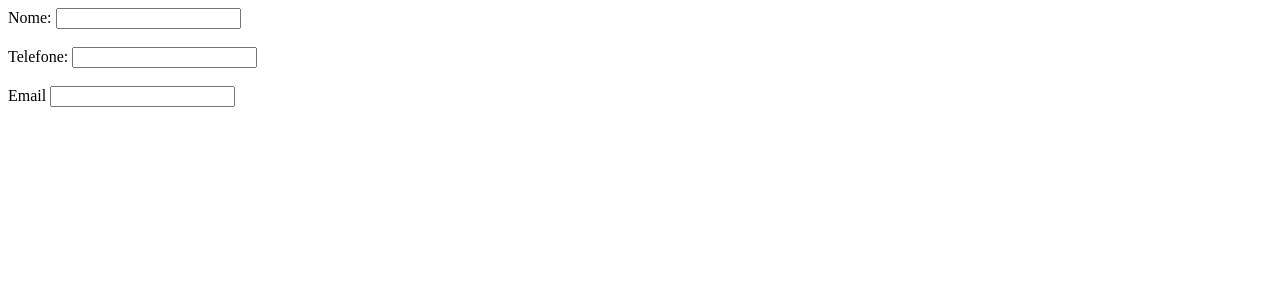
Repository: Erika-Santana/dsw_repository
Page: http://localhost/Agenda_De_Contatos/novo_contato.jsp
These files come from the project's save history. The page is drawn as it stood at one moment and after the next save; the edit follows.
The browser window is 1280 px wide. The pictures show the whole page.
The page is served by Tomcat 9.

Above is the page before, as saved 2024-10-11 13:54:54.

After the next save:
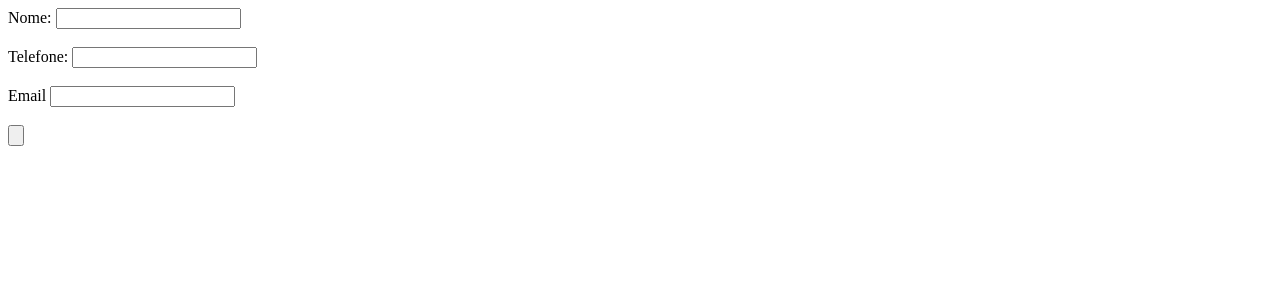
Saved 2 min 2 s later.
--- a/Agenda_De_Contatos/src/main/webapp/novo_contato.jsp
+++ b/Agenda_De_Contatos/src/main/webapp/novo_contato.jsp
@@ -16,6 +16,9 @@
 
 		<label for="nome">Email</label>
 		<input type="email" id="email" name="text_email" required="required"><br><br>
+
+		<input type="button" id="botao" name="botao_enviar">
+
 	</form>
 </body>
 </html>
